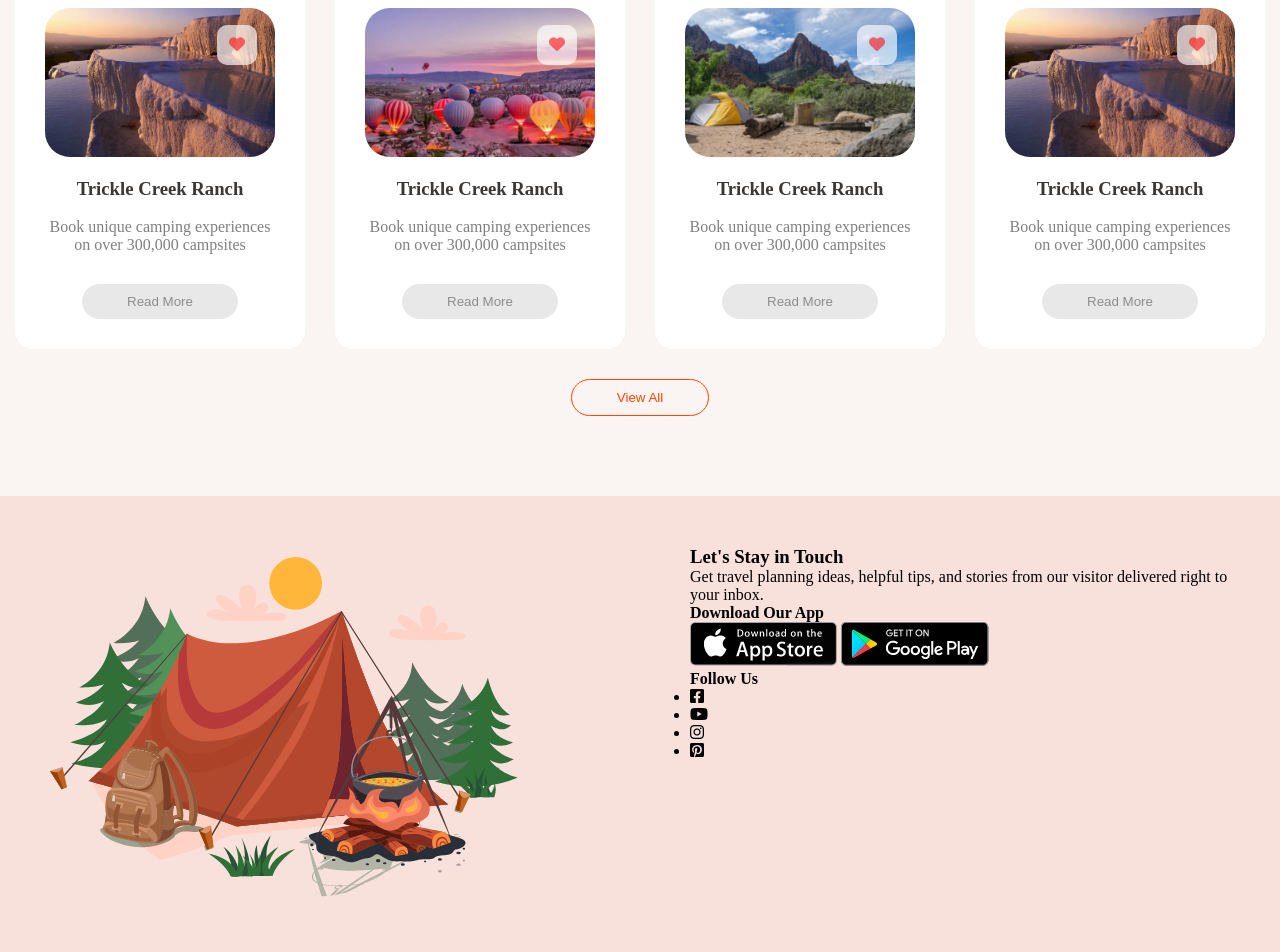
Repository: giahuy405/BC38_Camping_Pham_Gia_Huy
Page: index.html
The author's editor kept a copy of each file at every save. The page is drawn from the files as they stood at one save, then again after the next save.
The browser window is 1280 px wide. The pictures show the part of the page from y = 939 to 1891 px (the page is 1891 px tall).

Above is the page before, as saved 2022-09-13 19:32:00.

### index.html
<!DOCTYPE html>
<html lang="en">
<head>
    <meta charset="UTF-8">
    <meta http-equiv="X-UA-Compatible" content="IE=edge">
    <meta name="viewport" content="width=device-width, initial-scale=1.0">
    <title>Document</title>
    <link rel="stylesheet" href="https://cdnjs.cloudflare.com/ajax/libs/font-awesome/6.2.0/css/all.min.css" integrity="sha512-xh6O/CkQoPOWDdYTDqeRdPCVd1SpvCA9XXcUnZS2FmJNp1coAFzvtCN9BmamE+4aHK8yyUHUSCcJHgXloTyT2A==" crossorigin="anonymous" referrerpolicy="no-referrer" />
    <link rel="stylesheet" href="./css/index.css">
</head>
<body>
    <header>
       <div class="header__items">
            <img src="./img/logoicon.png" alt="">
            <nav>
                <ul>
                    <li><a href="#">Home</a></li>
                    <li><a href="#">Services</a></li>
                    <li><a href="#">Destination</a></li>
                    <li><a href="#">Events</a></li>
                    <li><a href="#">Gallery</a></li>
                    <li><a href="#">Contact us</a></li>
                </ul>
            </nav>
       </div>
    </header>
    <section class="carousel">
        <img src="./img/BG.png" alt="">
    </section>
    <section class="service">
        <img src="./img/Group 313.png" alt="">
        <h1>Explore Destination & Activities</h1>
        <div class="service__cards">
            <div class="service__card">
                <div class="service__item">
                    <img src="./img/product1.png" alt="">
                    <h3>Trickle Creek Ranch</h3>
                    <p>Book unique camping experiences on over 300,000 campsites</p>
                    <button>Read More</button>
                </div>
                <div class="service__heart">
                    <i class="fa fa-heart"></i>
                </div>
            </div>
            <div class="service__card">
                <div class="service__item">
                    <img src="./img/product4.png" alt="">
                    <h3>Trickle Creek Ranch</h3>
                    <p>Book unique camping experiences on over 300,000 campsites</p>
                    <button>Read More</button>
                </div>
                <div class="service__heart">
                    <i class="fa fa-heart"></i>
                </div>
            </div>
            <div class="service__card">
                <div class="service__item">
                    <img src="./img/product5.png" alt="">
                    <h3>Trickle Creek Ranch</h3>
                    <p>Book unique camping experiences on over 300,000 campsites</p>
                    <button>Read More</button>
                </div>
                <div class="service__heart">
                    <i class="fa fa-heart"></i>
                </div>
            </div>
            <div class="service__card">
                <div class="service__item">
                    <img src="./img/product1.png" alt="">
                    <h3>Trickle Creek Ranch</h3>
                    <p>Book unique camping experiences on over 300,000 campsites</p>
                    <button>Read More</button>
                </div>
                <div class="service__heart">
                    <i class="fa fa-heart"></i>
                </div>
            </div>
            <div class="clear"></div>
        </div>
        <button class="service__final-button">View All</button>
    </section>
    <div class="contact">
        <div class="contact__items">
            <img src="./img/homeicon.png" alt="">
        </div>
        <div class="contact__items">
            <h3>Let's Stay in Touch</h3>
            <p>Get travel planning ideas, helpful tips, and stories from our visitor delivered right to your inbox.</p>
            <div class="content__item">
                <h4>Download Our App</h4>
                <img src="./img/download-on-the-app-store-apple-1.png" alt="">
                <img src="./img/google-play-badge-1.png" alt="">
            </div>
            <div class="content__item">
                <h4>Follow Us</h4>
                <ul>
                    <li><i class="fab fa-facebook-square"></i></li>
                    <li><i class="fab fa-youtube"></i></li>
                    <li><i class="fab fa-instagram"></i></li>
                    <li><i class="fab fa-pinterest-square"></i></li>
                </ul>
            </div>
        </div>
        <div class="clear"></div>
    </div>
</body>
</html>

### css/index.css
*{
    padding: 0;
    margin: 0;
    box-sizing: border-box;
}
.header__items{
    width: 90%;
    margin: 0 auto;
}
header{
    background-color: #f8e1db;
}
nav{
    margin-top: 10px;
    padding-bottom: 10px;
}
nav ul{
    list-style: none;
}
nav li{
    display: inline;
    margin-right:30px;
}
nav a{
    text-decoration: none;
    color: #43403c;
}
nav a:hover{
    color: rgb(160, 5, 5);
}
.clear{
    clear: both;
}
.carousel img{
    height: 600px;
    width: 100%;
}
.service{
    text-align: center;
    padding-top: 70px;
    background-color: #faf4f2;
  padding-bottom: 80px;
}
.service > h1{
    color: #8d8d8d;
    margin-bottom: 30px;
}
.service__cards{
    width: 100%;

}
.service__card{
    float: left;
    width: 25%;
    padding: 0 15px;
    position: relative;
}
.service__item{
    background-color: white;
    border-radius: 18px;
    padding: 30px 30px;

}
.service__item img{
    border-radius: 25px;
    width: 100%;
}
.service__heart{
    position: absolute;
    top: 47px;
    right: 63px;
    width: 40px;
    height: 40px;
    line-height: 40px;
    color: rgba(255, 0, 0, 0.555);
    background-color: rgba(255, 255, 255, 0.651);
    border-radius: 10px;
}
.service__item h3{
    line-height: 3;
    color: #3a3735;
}
.service__item p{
    color: gray;
}
.service__card button{
    padding: 10px 45px;
    background-color: #e8e8e8;
    color: #8d8d8d;
    border-radius: 20px;
    border: none;
    margin-top: 30px;
    cursor: pointer;
}
.service__card button:hover{
    background-color: #7e7e7e;
    color: white;
}
.service__final-button{
    padding: 10px 45px;
    background-color: transparent;
    color: orangered;
    border-radius: 20px;
    border: 1px solid orangered;
    margin-top: 30px;
    cursor: pointer;
}
.service__final-button:hover{
    background-color: #3a3735;
    color: white;
}
.contact{
    background-color: #f8e1db;
}
.contact__items{
    float: left;
    width: 50%;
}
.contact__items{
    padding: 50px;
}

After the next save:
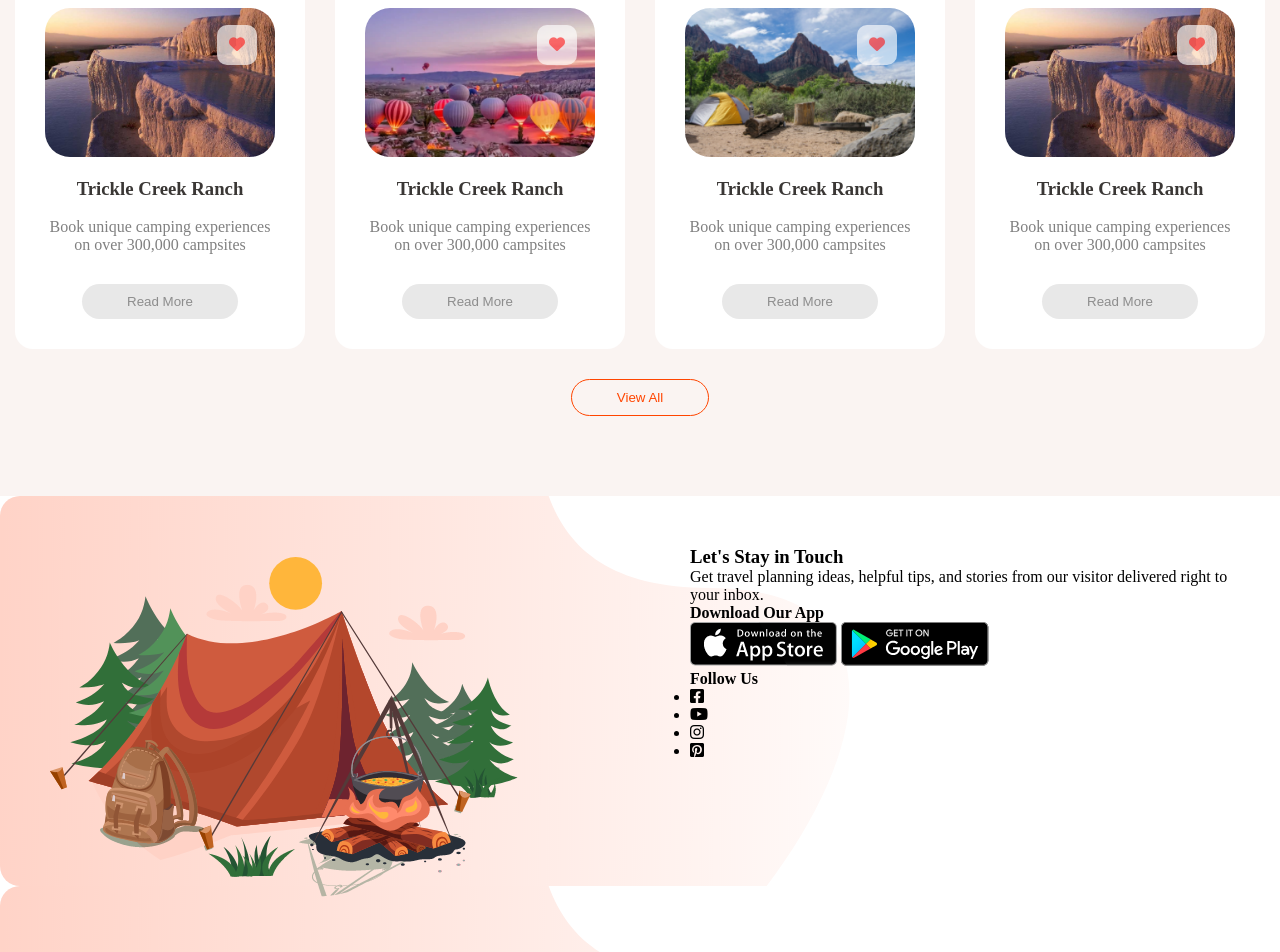
Saved 40 s later.
--- a/css/index.css
+++ b/css/index.css
@@ -110,7 +110,7 @@
     color: white;
 }
 .contact{
-    background-color: #f8e1db;
+    background-image: url(../img/mask.png);
 }
 .contact__items{
     float: left;
